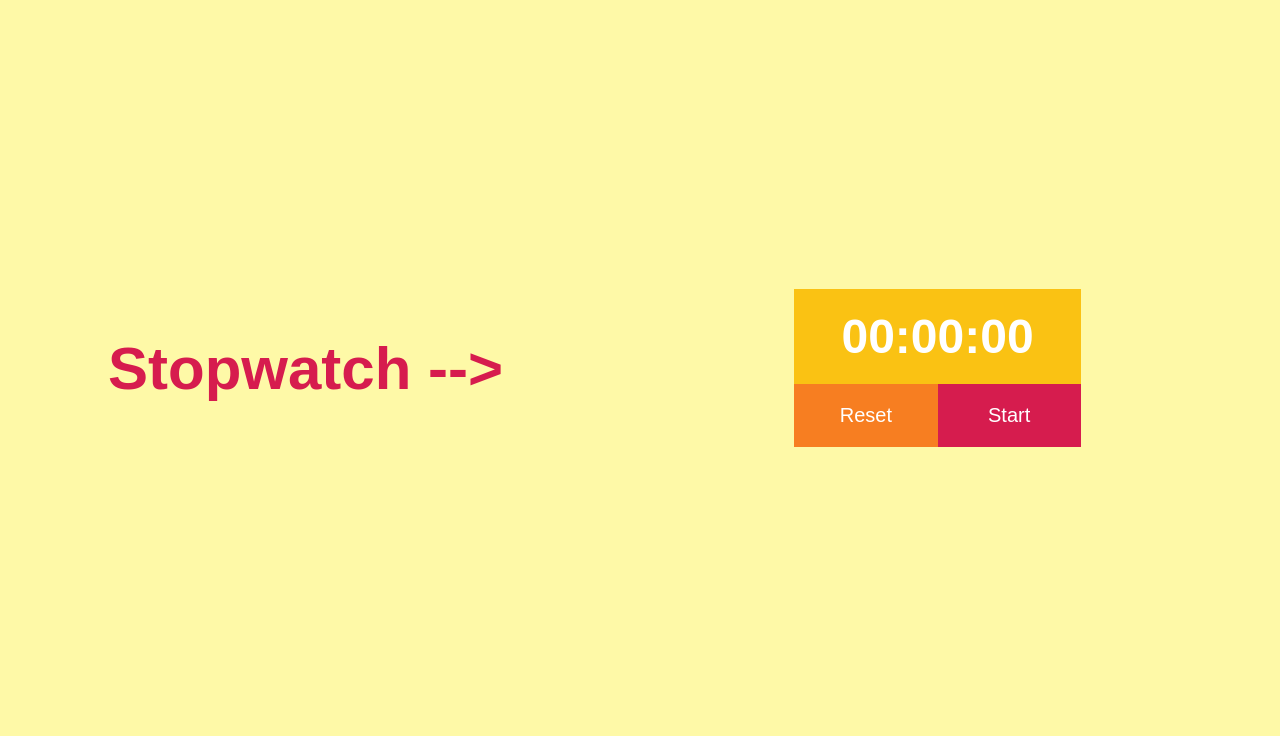
Repository: pilar122/stopwatch
Page: index.html
An editor plug-in stored every save of this project. The page is shown before and after the next save, followed by the edit.
The browser window is 1280 px wide. The pictures show the whole page.

Above is the page before, as saved 2022-06-19 13:05:31.

### index.html
<!DOCTYPE html>
<html>
    <head>
        <title>
            Stopwatch
        </title>
        <link href="stopwatch.css" rel="stylesheet">
        <script src="stopwatch.js"></script>
    </head>

    <div class="header">
        <h1>Stopwatch --></h1>
    </div>

    <body>

        <div id="stopwatch">
            <!--CURRENT TIME-->
            <div id="sw-time">00:00:00</div> <!-- sw is the time display-->

            <!--CONTROLS-->
            <input type="button" value="Reset" id="sw-rst" disabled/> <!--sw-rst is the reset button * and the disabled means that the buttons are at the moment-->
            <input type="button" value="Start" id="sw-go" disabled/> <!--sw-go is the start & stop button-->
        </div>
    </body>
</html>

### stopwatch.css
/* (A) CONTAINER */
#stopwatch {
    display: flex;
    flex-wrap: wrap;
    max-width: 400px;
    margin: 0 auto;
  }

  /* (B) TIME */
  #sw-time {
    width: 100%;
    padding: 20px 0;
    font-size: 48px;
    font-weight: bold;
    text-align: center;
    background: #FAC213;
    color: #fff;
  }

  /* (C) BUTTONS */
  #sw-rst, #sw-go {
    box-sizing: border-box;
    width: 50%;
    cursor: pointer;
    padding: 20px 0;
    border: 0;
    color: #fff;
    font-size: 20px;
  }
  #sw-rst { background-color: #F77E21; }
  #sw-go { background-color: #D61C4E; }

  /* (X) DOES NOT MATTER */
  /* PAGE & BODY */
  body {
    display: flex;
    align-items: center; justify-content: center;
    min-height: 100vh;
    background: #FEF9A7;
    background-repeat: no-repeat;
    background-position: center;
    background-size: cover;
  }
  * { font-family: arial, sans-serif; }

  /* WIDGET */
  .widget-wrap {
    min-width: 450px;
    padding: 30px;
    border-radius: 20px;
    background: rgba(255, 255, 255, 0.4);
  }

  .header {
    padding: 100px;
    text-align: center;
    color: #D61C4E;
    font-size: 30px;
  }

  /* HEADER */
  h1 { text-align: center; }
  #code-boxx {
    width: 100%;
    margin-top: 30px;
    text-align: center;
  }

  /* FOOTER */
  #code-boxx {
    font-weight: 600;
    margin-top: 30px;
  }
  #code-boxx a {
    display: inline-block;
    padding: 5px;
    text-decoration: none;
    background: #d3adad;
    color: #fff;
  }

### stopwatch.js
var sw = {
    // (A) PROPERTIES
    etime : null, // html time display
    erst : null, // html reset button
    ego : null, // html start/stop button
    timer : null, // timer object
    now : 0, // current elapsed time

    // (B) INITIALIZE
    init : () => {
      // (B1) GET HTML ELEMENTS
      sw.etime = document.getElementById("sw-time");
      sw.erst = document.getElementById("sw-rst");
      sw.ego = document.getElementById("sw-go");

      // (B2) ENABLE BUTTON CONTROLS
      sw.erst.onclick = sw.reset;
      sw.ego.onclick = sw.start;
      sw.erst.disabled = false;
      sw.ego.disabled = false;
    },

    // (C) START!
    start : () => {
      sw.timer = setInterval(sw.tick, 1000);
      sw.ego.value = "Stop";
      sw.ego.onclick = sw.stop;
    },

    // (D) STOP
    stop : () => {
      clearInterval(sw.timer);
      sw.timer = null;
      sw.ego.value = "Start";
      sw.ego.onclick = sw.start;
    },

    // (E) TIMER ACTION
    tick : () => {
      // (E1) CALCULATE HOURS, MINS, SECONDS
      sw.now++;
      let hours = 0, mins = 0, secs = 0,
      remain = sw.now;
      hours = Math.floor(remain / 3600);
      remain -= hours * 3600;
      mins = Math.floor(remain / 60);
      remain -= mins * 60;
      secs = remain;

      // (E2) UPDATE THE DISPLAY TIMER
      if (hours<10) { hours = "0" + hours; }
      if (mins<10) { mins = "0" + mins; }
      if (secs<10) { secs = "0" + secs; }
      sw.etime.innerHTML = hours + ":" + mins + ":" + secs;
    },

    // (F) RESET
    reset : () => {
      if (sw.timer != null) { sw.stop(); }
      sw.now = -1;
      sw.tick();
    }
  };
  window.addEventListener("load", sw.init);

After the next save:
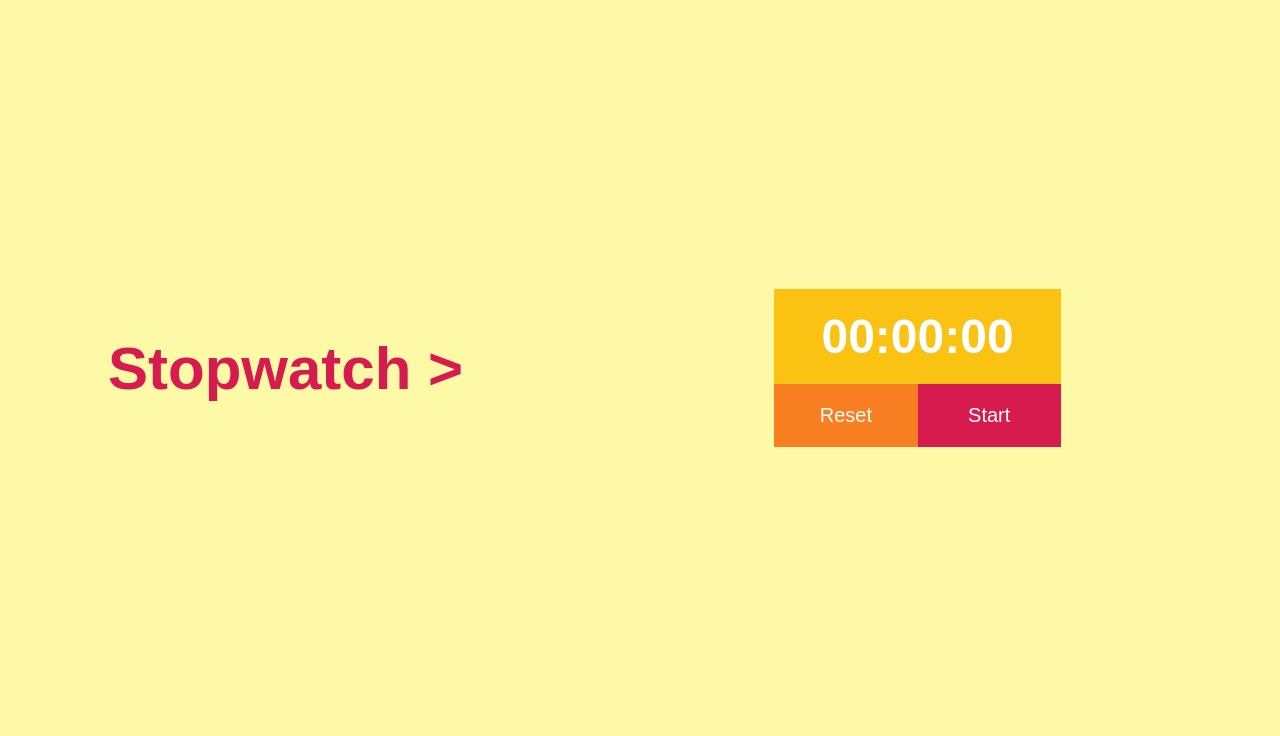
Saved 14 s later.
--- a/index.html
+++ b/index.html
@@ -9,7 +9,7 @@
     </head>
 
     <div class="header">
-        <h1>Stopwatch --></h1>
+        <h1>Stopwatch ></h1>
     </div>
 
     <body>
